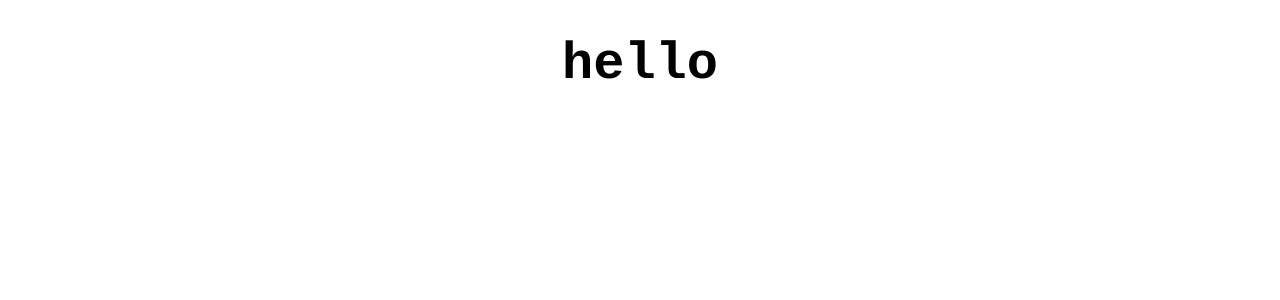
Repository: s-babaeizadeh/Remove-Duplicate-Values-from-JS-Array
Page: index.html
An editor plug-in stored every save of this project. The page is shown before and after the next save, followed by the edit.
The browser window is 1280 px wide. The pictures show the whole page.

Above is the page before, as saved 2024-07-22 13:18:59.

### index.html
<!DOCTYPE html>
<html lang="en">
  <head>
    <meta charset="UTF-8" />
    <meta name="viewport" content="width=device-width, initial-scale=1.0" />
    <title>Document</title>
    <link rel="stylesheet" href="style.css" />
  </head>

  <body>
    <div>
      <h1>hello</h1>
    </div>
    <script src="script.js"></script>
  </body>
</html>

### style.css
body {
  text-align: center;
  font-size: xx-large;
  font-family: monospace;
}

### script.js
let char = "aahbnnncdeehhhh";

function removeDuplicateChar(char) {
  return [...new Set(char)].join("");
}

console.log("removeDuplicateChar😃:", removeDuplicateChar(char));

//Remove Duplicate items from array
//first solution

let arr = ["🍎", "🥭", "🍎", "🍊", "🥭", "🥭"];

function removeDuplicateCharacters1(char) {
  return [...new Set(char)];
}

console.log("removeDuplicateCharacters1😀", removeDuplicateCharacters1(arr));

// second solution

function removeDuplicateCharacters2(arr) {
  return arr.filter((item, index) => arr.indexOf(item) === index);
}

console.log("removeDuplicateCharacters2😀", removeDuplicateCharacters2(arr));

//third solution

function removeDuplicateCharacters3(arr) {
  let unique = [];
  for (i = 0; i < arr.length; i++) {
    if (unique.indexOf(arr[i]) === -1) {
      unique.push(arr[i]);
    }
  }
  return unique;
}
console.log("removeDuplicateCharacters3", removeDuplicateCharacters3(arr));

// forth solution

let removeDuplicateCharacters4 = arr.filter((item, index) => {
  return arr.indexOf(item) === index;
});
console.log("removeDuplicateCharacters4😀", removeDuplicateCharacters4);

//fifth solution

function removeDuplicateCharacters5(arr) {
  let uniqueItems = [];
  arr.forEach((element) => {
    if (!uniqueItems.includes(element)) {
      uniqueItems.push(element);
    }
  });
  return uniqueItems;
}

console.log("removeDuplicateCharacters1😀", removeDuplicateCharacters5(arr));

After the next save:
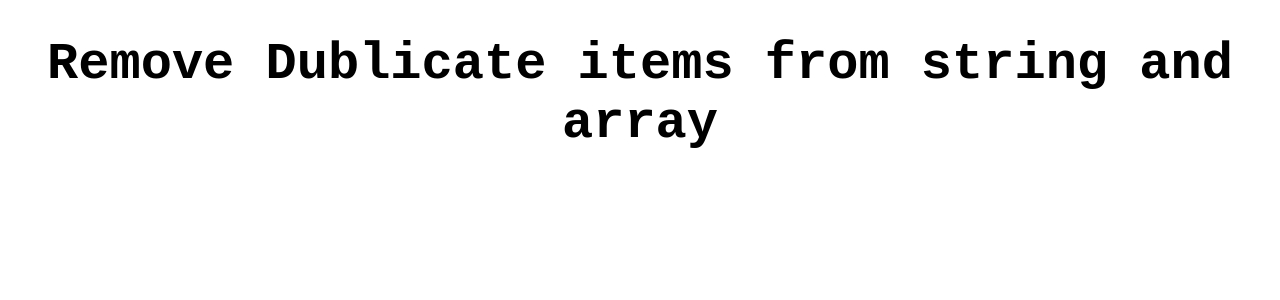
Saved 54 s later.
--- a/index.html
+++ b/index.html
@@ -9,7 +9,7 @@
 
   <body>
     <div>
-      <h1>hello</h1>
+      <h1>Remove Dublicate items from string and array</h1>
     </div>
     <script src="script.js"></script>
   </body>
